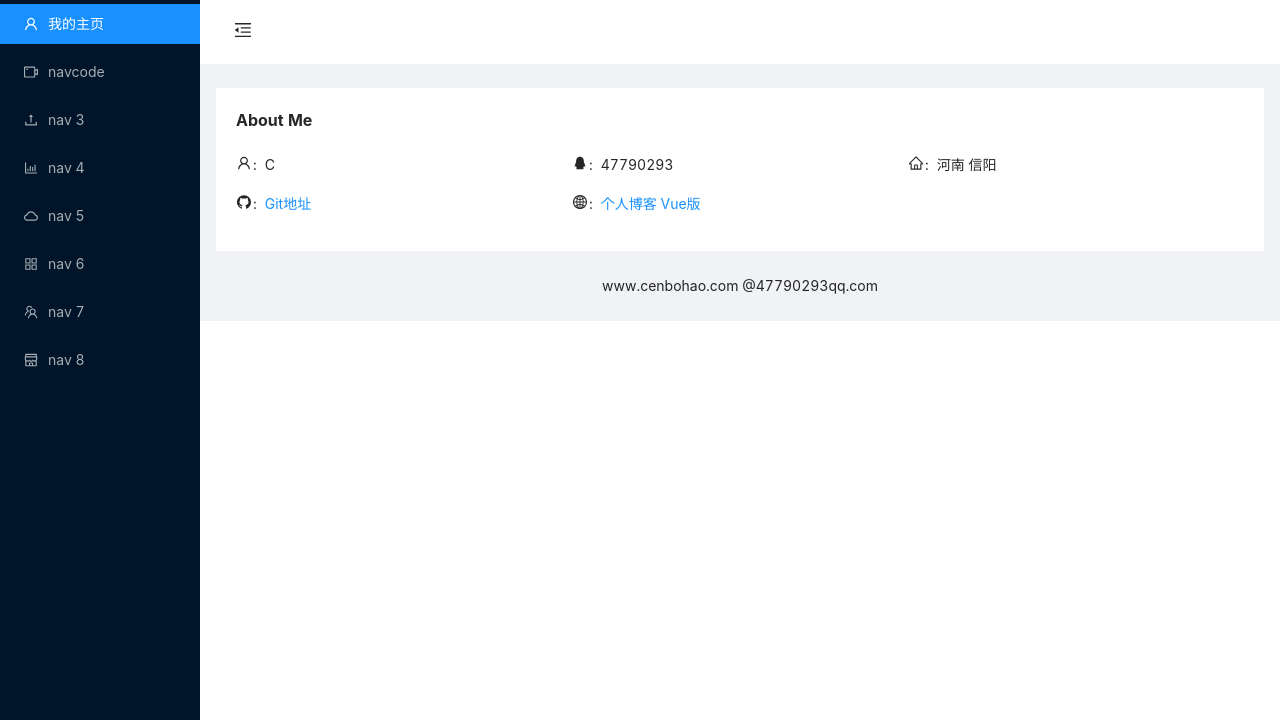
Repository: CBH20010703/bolgsweb
Page: /index (app in blogs/)
These files come from the project's save history. The page is drawn as it stood at one moment and after the next save; the edit follows.
The browser window is 1280 px wide. The pictures show the whole page.
The project was rebuilt for these pictures with package versions that can differ from the ones it lists, and the page was loaded fresh each time. Also part of the build but not shown: blogs/src/view/Login/Login.jsx, blogs/src/component/Menu/MenuList.css, blogs/src/view/Home/Home.css, blogs/src/view/NavCode/NavCode.css, blogs/src/view/NavCode/NavCode.jsx, blogs/src/view/404/Error.jsx.

Above is the page before, as saved 2021-06-27 22:30:48.

### blogs/src/index.js
import React from 'react';
import ReactDOM from 'react-dom';
import './index.css';
import App from './App';
import { BrowserRouter} from 'react-router-dom'


ReactDOM.render(<BrowserRouter><App /></BrowserRouter>,document.getElementById('root'));

### blogs/src/App.js
import './App.css';
import { React, Component } from "react";

import  RouterMap from "./router/RouterMap"
export default class  App extends Component {
  constructor(props) {
    super(props);
    this.state = {  collapsed: false, }
  }
  toggle = (data) => {
     console.log(data)
    this.setState({
      collapsed: data,
    });
  };
  render() {
    return (
      <RouterMap/>
    );
  }
}

### blogs/src/router/RouterMap.js
import React from 'react'
import {  Route, Switch} from 'react-router-dom'
import Login from "../view/Login/Login"
import Context from '../view/context/context'
import Error from '../view/404/Error'
export default class RouterMap  extends React.Component {
    render() {
        return (


            <Switch>
                 <Route  path="/"  component={Context}/>
                <Route path="/login" component={Login} />

                    <Route path="*" component={Error} />

               </Switch>


        )
    }
}

### blogs/src/view/context/context.jsx

import { React, Component } from "react";
import Headers from '../../component/Header/Headers';
import MenuList from '../../component/Menu/MenuList';
import Footers from '../../component/Footer/Footers';

import { Layout } from 'antd';
import { Redirect, Route, Switch } from 'react-router-dom'
import Home from "../Home/Home.jsx";
import Navcode from "../NavCode/NavCode.jsx"
import Error from "../404/Error";
const { Content, Sider } = Layout;
export default class Context extends Component {
  constructor(props) {
    super(props);
    this.state = { collapsed: false, }
  }
  toggle = (data) => {
    console.log(data)
    this.setState({
      collapsed: data,
    });
  };
  render() {
    return (

      <Layout>
        <Sider trigger={null} collapsible collapsed={this.state.collapsed}
          style={{
            overflow: 'auto',
            height: '100vh',
            position: 'fixed',
            left: 0,
          }}
        >
          <MenuList />
        </Sider>
        <Layout className="site-layout" style={{ paddingLeft: this.state.collapsed ? "60px" : "200px", transition: "0.1s ease" }}>
          <Headers toggle={this.toggle} parent={this.state.collapsed}></Headers>
          <Content style={{ margin: '24px 16px 0', height: "auto", background: "#fff" }}>
            <Switch>
              <Route path="/index" component={Home} />
              <Route path="/NavCode" component={Navcode} />
              <Route path="*" component={Error} />
              <Redirect to="/index"></Redirect>
            </Switch>
          </Content>
          <Footers />
        </Layout>
      </Layout>


    );
  }
}

### blogs/src/component/Header/Headers.jsx
import React, { Component } from 'react'
import { Layout } from 'antd';


import {
  MenuUnfoldOutlined,
  MenuFoldOutlined,
} from '@ant-design/icons';
import "./Headers.css"
const { Header } = Layout;
export default class Headers extends Component {
    constructor(props) {
        super(props)
        this.state = {
            isShow:false
        }
    }
    Tab = () => {
        let { isShow } = this.state;
        this.setState({
            isShow:!isShow
        })
        this.props.toggle(!isShow);

    }
    render() {

        return (

                <Header className="site-layout-background" style={{ paddingLeft:"10px" }} >
                     {React.createElement(this.state.isShow ? MenuUnfoldOutlined : MenuFoldOutlined, {
              className: 'trigger',
                         onClick: this.Tab,

            })}
                </Header>

        )
    }
}

### blogs/src/component/Menu/MenuList.jsx
import React, { Component } from 'react'
import { Menu } from 'antd';
import {Link} from 'react-router-dom'
import "./MenuList.css"
import {
  AppstoreOutlined,
  BarChartOutlined,
  CloudOutlined,
  ShopOutlined,
  TeamOutlined,
  UserOutlined,
  UploadOutlined,
  VideoCameraOutlined,
} from '@ant-design/icons';
export default class MenuList extends Component {
  render() {
    return (

         <Menu theme="dark" mode="inline" defaultSelectedKeys={['1']}>
          <Menu.Item key="1"  icon={<UserOutlined />}>
          <Link to="/index"> 我的主页
            </Link>

          </Menu.Item>
          <Menu.Item key="2" icon={<VideoCameraOutlined />}>
          <Link to="/NavCode"> navcode
            </Link>

          </Menu.Item>
          <Menu.Item key="3" icon={<UploadOutlined />}>
            nav 3
          </Menu.Item>
          <Menu.Item key="4" icon={<BarChartOutlined />}>
            nav 4
          </Menu.Item>
          <Menu.Item key="5" icon={<CloudOutlined />}>
            nav 5
          </Menu.Item>
          <Menu.Item key="6" icon={<AppstoreOutlined />}>
            nav 6
          </Menu.Item>
          <Menu.Item key="7" icon={<TeamOutlined />}>
            nav 7
          </Menu.Item>
          <Menu.Item key="8" icon={<ShopOutlined />}>
            nav 8
          </Menu.Item>
        </Menu>
    )
  }
}

### blogs/src/component/Footer/Footers.jsx
import React, { Component } from 'react'
import { Layout } from 'antd';
const {  Footer } = Layout;
export default class Footers extends Component {
    render() {
        return (
            <div>
               <Footer style={{ textAlign: 'center' }}>www.cenbohao.com @47790293qq.com</Footer>
            </div>
        )
    }
}

### blogs/src/view/Home/Home.jsx
import React, { Component } from 'react'
import "./Home.css"
import { Descriptions, Progress } from 'antd';
import { UserOutlined, QqOutlined, HomeOutlined, GithubOutlined, GlobalOutlined } from '@ant-design/icons';
export default class Home extends Component {

    handleClick = e => {
        console.log('click ', e);
    };
    render() {
        return (

            <div style={{ padding: "20px" }}>
                <Descriptions title="About Me">
                    <Descriptions.Item label={<UserOutlined />}>C</Descriptions.Item>
                    <Descriptions.Item label={<QqOutlined />}>47790293</Descriptions.Item>
                    <Descriptions.Item label={<HomeOutlined />}>河南 信阳</Descriptions.Item>
                    <Descriptions.Item label={<GithubOutlined />}><a href="https://github.com/CBH20010703"  >Git地址</a></Descriptions.Item>
                    <Descriptions.Item label={<GlobalOutlined />} span={2}>
                        <a href="http://www.cenbohao.com/">个人博客 Vue版</a>
                    </Descriptions.Item>
                </Descriptions>
            </div>

        )
    }
}

### blogs/src/component/Header/Headers.css
.site-layout .site-layout-background {
    background: #fff;
}

 .trigger {
    padding: 0 24px;
    font-size: 18px;
    line-height: 64px;
    cursor: pointer;
    transition: color 0.3s;
}

 .trigger:hover {
    color: #1890ff;
}

Loaded but not shown: blogs/public/index.html (common file); blogs/src/index.css (common file); blogs/src/App.css (common file)

After the next save:
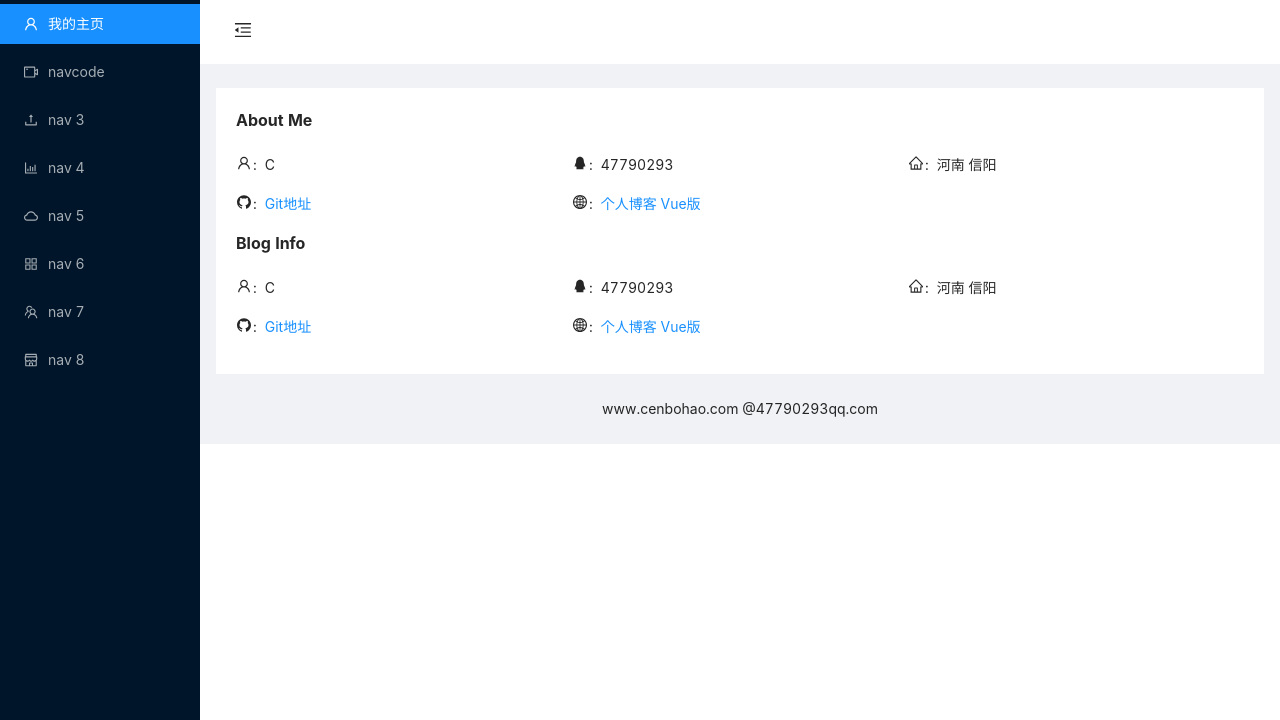
Saved 2 min 18 s later.
--- a/blogs/src/view/Home/Home.jsx
+++ b/blogs/src/view/Home/Home.jsx
@@ -20,6 +20,16 @@ export default class Home extends Component {
                         <a href="http://www.cenbohao.com/">个人博客 Vue版</a>
                     </Descriptions.Item>
                 </Descriptions>
+
+                <Descriptions title="Blog Info">
+                    <Descriptions.Item label={<UserOutlined />}>C</Descriptions.Item>
+                    <Descriptions.Item label={<QqOutlined />}>47790293</Descriptions.Item>
+                    <Descriptions.Item label={<HomeOutlined />}>河南 信阳</Descriptions.Item>
+                    <Descriptions.Item label={<GithubOutlined />}><a href="https://github.com/CBH20010703"  >Git地址</a></Descriptions.Item>
+                    <Descriptions.Item label={<GlobalOutlined />} span={2}>
+                        <a href="http://www.cenbohao.com/">个人博客 Vue版</a>
+                    </Descriptions.Item>
+                </Descriptions>
             </div>
 
         )
